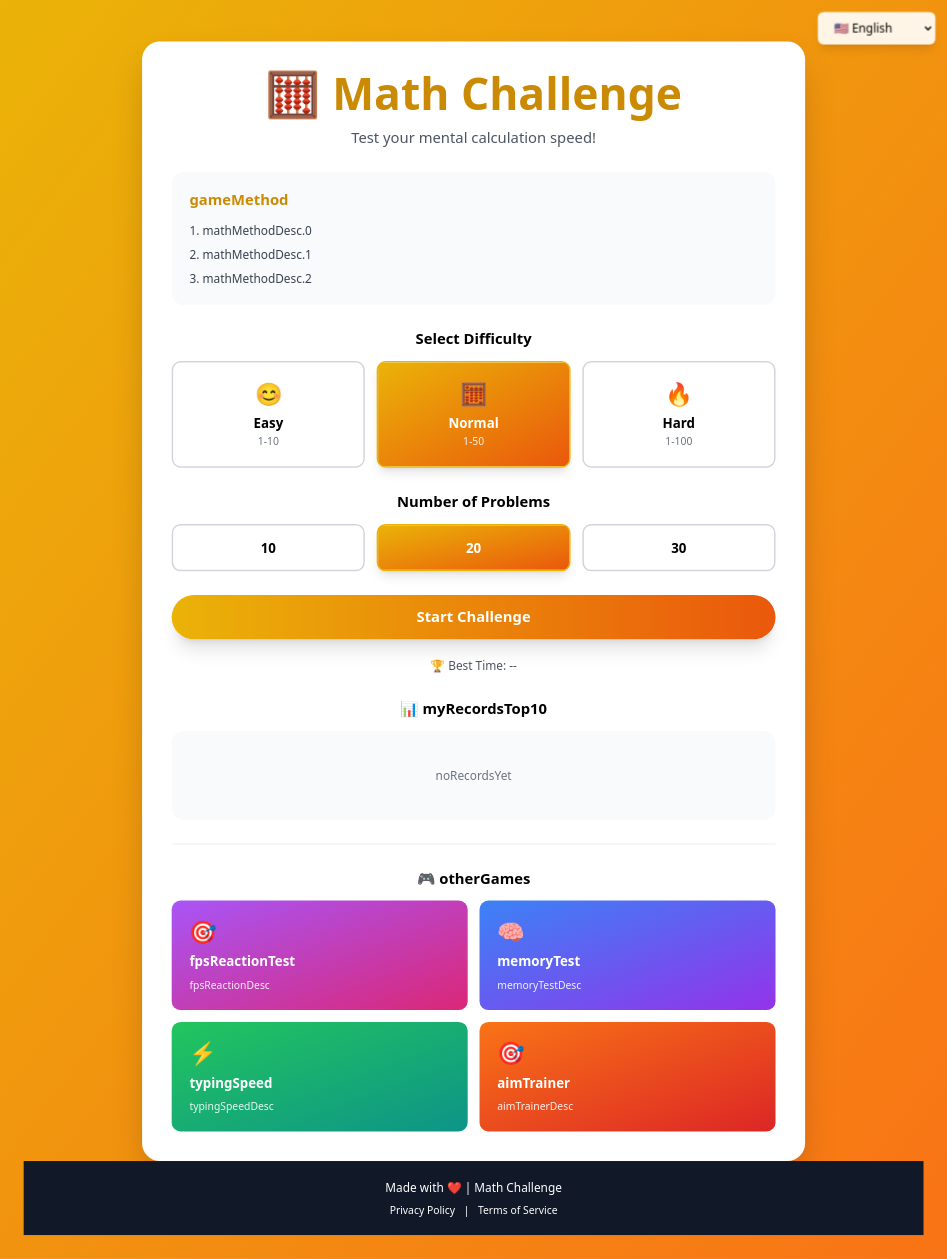
Repository: Lcmind/withjocoding
Page: math-challenge.html
An editor plug-in stored every save of this project. The page is shown before and after the next save, followed by the edit.
The browser window is 1280 px wide. The pictures show the whole page, at 74% of full size.
Some web libraries are served in a nearby version.

Above is the page before, as saved 2026-01-13 21:57:26.

After the next save:
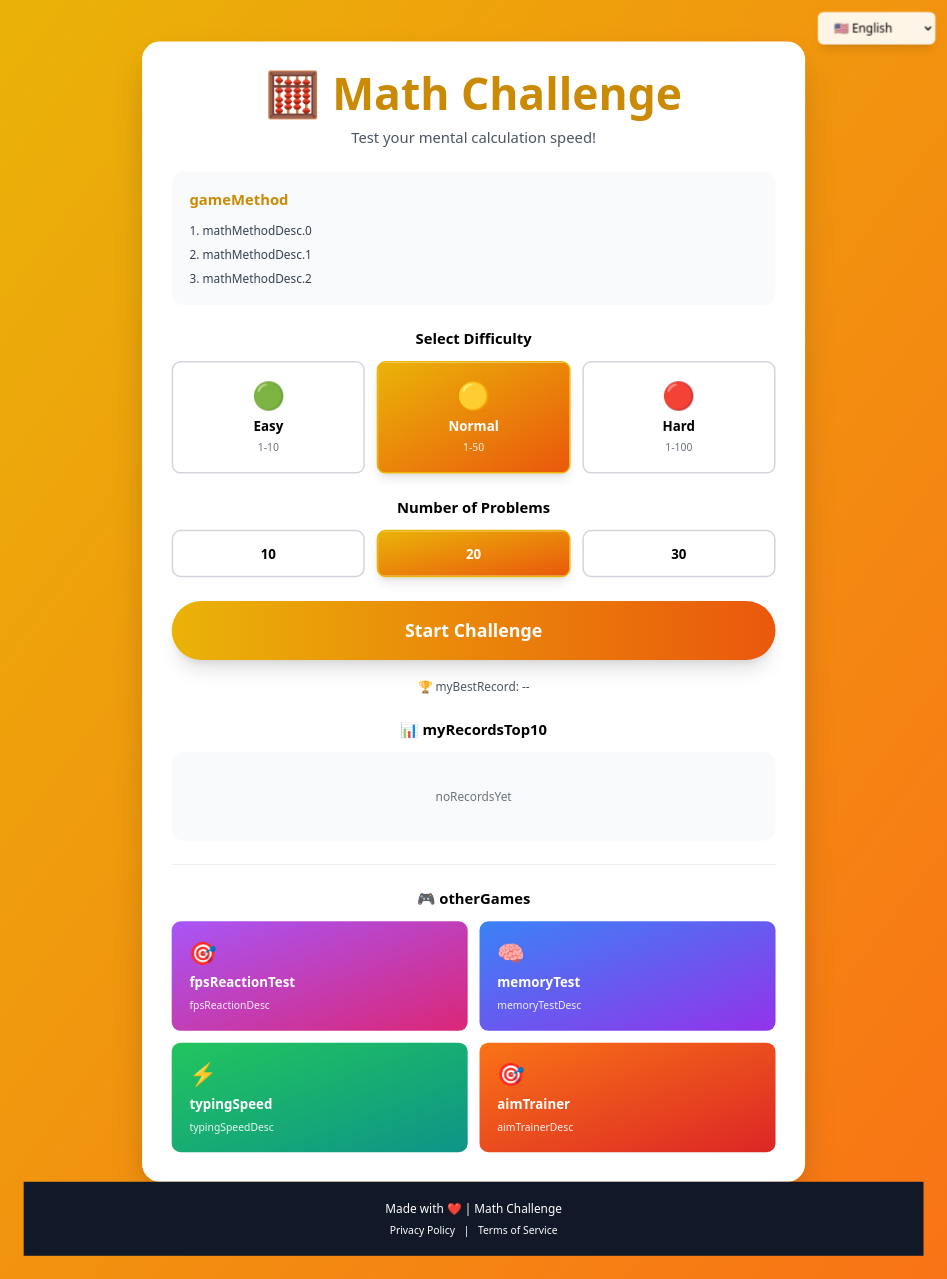
Saved 26 s later.
--- a/math-challenge.html
+++ b/math-challenge.html
@@ -91,61 +91,63 @@
         </h1>
         <p class="text-lg md:text-xl text-center text-gray-600 mb-8" data-i18n="subtitle">Test your mental calculation speed!</p>
 
-      <!-- 게임 방법 -->
-      <div class="bg-gray-50 rounded-2xl p-6 mb-8">
-        <h3 class="text-xl font-bold text-yellow-600 mb-4" data-i18n="gameMethod">How to Play</h3>
-        <ol class="list-decimal list-inside space-y-2 text-gray-700">
-          <li data-i18n="mathMethodDesc.0">Math problems appear on screen</li>
-          <li data-i18n="mathMethodDesc.1">Choose the correct answer quickly</li>
-          <li data-i18n="mathMethodDesc.2">Complete all problems to see your speed!</li>
-        </ol>
-      </div>
-
-      <!-- 난이도 선택 -->
-      <div class="mb-8">
-        <h3 class="text-xl font-bold text-center mb-4" data-i18n="selectDifficulty">Select Difficulty</h3>
-        <div class="grid grid-cols-1 md:grid-cols-3 gap-4">
-          <button class="difficulty-btn border-2 border-gray-300 rounded-xl p-6 hover:border-yellow-500 hover:shadow-lg transition-all" data-difficulty="easy">
-            <div class="text-3xl mb-2">😊</div>
-            <div class="font-bold text-lg" data-i18n="easy">Easy</div>
-            <div class="text-sm text-gray-500">1-10</div>
-          </button>
-          <button class="difficulty-btn active border-2 border-yellow-500 bg-gradient-to-br from-yellow-500 to-orange-600 text-white rounded-xl p-6 shadow-lg" data-difficulty="normal">
-            <div class="text-3xl mb-2">🧮</div>
-            <div class="font-bold text-lg" data-i18n="normal">Normal</div>
-            <div class="text-sm opacity-90">1-50</div>
-          </button>
-          <button class="difficulty-btn border-2 border-gray-300 rounded-xl p-6 hover:border-yellow-500 hover:shadow-lg transition-all" data-difficulty="hard">
-            <div class="text-3xl mb-2">🔥</div>
-            <div class="font-bold text-lg" data-i18n="hard">Hard</div>
-            <div class="text-sm text-gray-500">1-100</div>
-          </button>
-        </div>
-      </div>
-
-      <!-- 문제 수 선택 -->
-      <div class="mb-8">
-        <h3 class="text-xl font-bold text-center mb-4" data-i18n="selectProblems">Number of Problems</h3>
-        <div class="grid grid-cols-3 gap-4">
-          <button class="problems-btn border-2 border-gray-300 rounded-xl p-4 hover:border-yellow-500 hover:shadow-lg transition-all" data-problems="10">
-            <div class="font-bold text-lg">10</div>
-          </button>
-          <button class="problems-btn active border-2 border-yellow-500 bg-gradient-to-br from-yellow-500 to-orange-600 text-white rounded-xl p-4 shadow-lg" data-problems="20">
-            <div class="font-bold text-lg">20</div>
-          </button>
-          <button class="problems-btn border-2 border-gray-300 rounded-xl p-4 hover:border-yellow-500 hover:shadow-lg transition-all" data-problems="30">
-            <div class="font-bold text-lg">30</div>
-          </button>
-        </div>
-      </div>
-
-      <button id="start-btn" class="w-full bg-gradient-to-r from-yellow-500 to-orange-600 text-white font-bold text-xl py-4 rounded-full shadow-xl hover:shadow-2xl hover:-translate-y-1 transition-all">
-        <span data-i18n="startChallenge">Start Challenge</span>
-      </button>
-
-      <div class="mt-6 text-center text-gray-600">
-        <p>🏆 <span data-i18n="bestTime">Best Time</span>: <span id="best-record">--</span></p>
-      </div>
+        <!-- 게임 방법 -->
+        <div class="bg-gray-50 rounded-2xl p-6 mb-8">
+          <h3 class="text-xl font-bold text-yellow-600 mb-4" data-i18n="gameMethod">How to Play</h3>
+          <ol class="list-decimal list-inside space-y-2 text-gray-700">
+            <li data-i18n="mathMethodDesc.0">Math problems appear on screen</li>
+            <li data-i18n="mathMethodDesc.1">Choose the correct answer quickly</li>
+            <li data-i18n="mathMethodDesc.2">Complete all problems to see your speed!</li>
+          </ol>
+        </div>
+
+        <!-- 난이도 선택 -->
+        <div class="mb-8">
+          <h3 class="text-xl font-bold text-center mb-4" data-i18n="selectDifficulty">Select Difficulty</h3>
+          <div class="grid grid-cols-1 md:grid-cols-3 gap-4">
+            <button class="difficulty-btn border-2 border-gray-300 rounded-xl p-6 hover:border-yellow-500 hover:shadow-lg transition-all duration-300 hover:-translate-y-1" data-difficulty="easy">
+              <div class="text-4xl mb-2">🟢</div>
+              <div class="font-bold text-lg mb-1" data-i18n="easy">Easy</div>
+              <div class="text-sm text-gray-500">1-10</div>
+            </button>
+            <button class="difficulty-btn active border-2 border-yellow-500 bg-gradient-to-br from-yellow-500 to-orange-600 text-white rounded-xl p-6 shadow-lg" data-difficulty="normal">
+              <div class="text-4xl mb-2">🟡</div>
+              <div class="font-bold text-lg mb-1" data-i18n="normal">Normal</div>
+              <div class="text-sm opacity-90">1-50</div>
+            </button>
+            <button class="difficulty-btn border-2 border-gray-300 rounded-xl p-6 hover:border-yellow-500 hover:shadow-lg transition-all duration-300 hover:-translate-y-1" data-difficulty="hard">
+              <div class="text-4xl mb-2">🔴</div>
+              <div class="font-bold text-lg mb-1" data-i18n="hard">Hard</div>
+              <div class="text-sm text-gray-500">1-100</div>
+            </button>
+          </div>
+        </div>
+
+        <!-- 문제 수 선택 -->
+        <div class="mb-8">
+          <h3 class="text-xl font-bold text-center mb-4" data-i18n="selectProblems">Number of Problems</h3>
+          <div class="grid grid-cols-3 gap-4">
+            <button class="problems-btn border-2 border-gray-300 rounded-xl p-4 hover:border-yellow-500 hover:shadow-lg transition-all" data-problems="10">
+              <div class="font-bold text-lg">10</div>
+            </button>
+            <button class="problems-btn active border-2 border-yellow-500 bg-gradient-to-br from-yellow-500 to-orange-600 text-white rounded-xl p-4 shadow-lg" data-problems="20">
+              <div class="font-bold text-lg">20</div>
+            </button>
+            <button class="problems-btn border-2 border-gray-300 rounded-xl p-4 hover:border-yellow-500 hover:shadow-lg transition-all" data-problems="30">
+              <div class="font-bold text-lg">30</div>
+            </button>
+          </div>
+        </div>
+
+        <!-- 시작 버튼 -->
+        <button id="start-btn" class="w-full bg-gradient-to-r from-yellow-500 to-orange-600 text-white font-bold text-xl md:text-2xl py-4 md:py-6 rounded-full shadow-xl hover:shadow-2xl hover:-translate-y-1 transition-all duration-300">
+          <span data-i18n="startChallenge">Start Challenge</span>
+        </button>
+
+        <!-- 최고 기록 -->
+        <div class="mt-6 text-center text-gray-600">
+          <p>🏆 <span data-i18n="myBestRecord">My Best Record</span>: <span id="best-record">--</span></p>
+        </div>
 
       <!-- 내 기록 TOP 10 -->
       <div class="mt-8">
